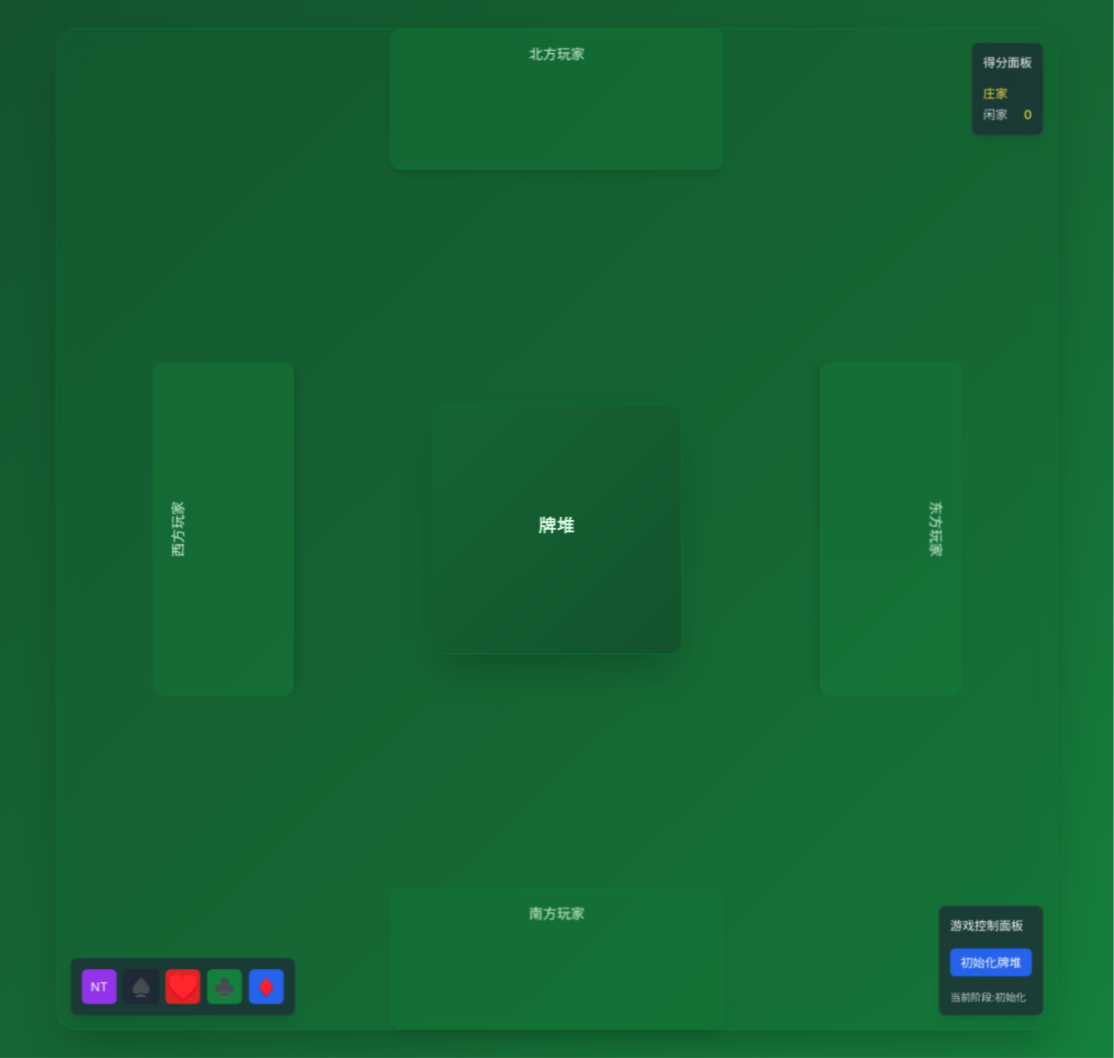
Repository: laofansay/Tractor80
Page: /
These files come from the project's save history. The page is drawn as it stood at one moment and after the next save; the edit follows.
The browser window is 1280 px wide. The pictures show the whole page, at 87% of full size.
The project was rebuilt for these pictures with package versions that can differ from the ones it lists, and the page was loaded fresh each time. The framework's server and built-in components were replaced by stand-ins that run in the browser. Also part of the build but not shown: next.config.js, app/components/Card.tsx.

Above is the page before, as saved 2025-03-09 00:17:38.

### app/layout.tsx
import type { Metadata } from 'next'
import { Inter } from 'next/font/google'
import './globals.css'

const inter = Inter({ subsets: ['latin'] })

export const metadata: Metadata = {
  title: 'Card Game',
  description: 'A Next.js Card Game Application',
}

export default function RootLayout({
  children,
}: {
  children: React.ReactNode
}) {
  return (
    <html lang="en">
      <body className={inter.className}>{children}</body>
    </html>
  )
}

### app/globals.css
@tailwind base;
@tailwind components;
@tailwind utilities;

:root {
  --foreground-rgb: 0, 0, 0;
  --background-start-rgb: 214, 219, 220;
  --background-end-rgb: 255, 255, 255;
}

@media (prefers-color-scheme: dark) {
  :root {
    --foreground-rgb: 255, 255, 255;
    --background-start-rgb: 0, 0, 0;
    --background-end-rgb: 0, 0, 0;
  }
}

body {
  color: rgb(var(--foreground-rgb));
  background: linear-gradient(
    to bottom,
    transparent,
    rgb(var(--background-end-rgb))
  )
  rgb(var(--background-start-rgb));
}

### app/components/AdminPanel.tsx
'use client';

import { useState } from 'react';
import { Card } from './Card';

type GamePhase = 'initial' | 'dealing' | 'trumpSelection' | 'pickBottomCards' | 'bottomCards' | 'playing';
type Position = 'north' | 'east' | 'south' | 'west';

type AdminPanelProps = {
    onInitialize: () => void;
    onDeal: () => void;
    onPickBottomCards: () => void;
    onBottomCards: () => void;
    onStartPlaying: () => void;
    gamePhase: GamePhase;
    deckLength: number;
    bottomCardsLength: number;
    lastRound?: Record<Position, string[]>;
    roundCount?: number;
};

export function AdminPanel({
    onInitialize,
    onDeal,
    onPickBottomCards,
    onBottomCards,
    onStartPlaying,
    gamePhase,
    deckLength,
    bottomCardsLength,
    lastRound = { north: [], east: [], south: [], west: [] },
    roundCount = 0
}: AdminPanelProps) {

    return (
        <div className="absolute bottom-4 right-4 p-3 bg-gray-800/70 rounded-lg backdrop-blur-md border border-gray-700/50 shadow-lg">
            <div className="flex flex-col gap-2">
                <div className="text-white text-sm mb-2 font-medium">游戏控制面板</div>

                {(gamePhase === 'initial' || gamePhase === 'playing') && (
                    <button
                        onClick={onInitialize}
                        className="px-3 py-1.5 bg-blue-600 hover:bg-blue-500 text-white rounded-md transition-colors text-sm"
                    >
                        {gamePhase === 'playing' ? '重新开始' : '初始化牌堆'}
                    </button>
                )}

                {gamePhase === 'initial' && deckLength > 0 && (
                    <button
                        onClick={onDeal}
                        className="px-3 py-1.5 bg-green-600 hover:bg-green-500 text-white rounded-md transition-colors text-sm"
                    >
                        开始发牌
                    </button>
                )}

                {gamePhase === 'pickBottomCards' && (
                    <button
                        onClick={onPickBottomCards}
                        className="px-3 py-1.5 bg-yellow-600 hover:bg-yellow-500 text-white rounded-md transition-colors text-sm"
                    >
                        庄家拾底
                    </button>
                )}

                {gamePhase === 'bottomCards' && (
                    <button
                        onClick={onBottomCards}
                        className="px-3 py-1.5 bg-yellow-600 hover:bg-yellow-500 text-white rounded-md transition-colors text-sm"
                    >
                        庄家扣底
                    </button>
                )}

                {gamePhase === 'bottomCards' && (
                    <button
                        onClick={onStartPlaying}
                        className="px-3 py-1.5 bg-red-600 hover:bg-red-500 text-white rounded-md transition-colors text-sm"
                    >
                        开始出牌
                    </button>
                )}

                <div className="text-gray-300 text-xs mt-2">
                    当前阶段:
                    {gamePhase === 'initial' && '初始化'}
                    {gamePhase === 'dealing' && '发牌中'}
                    {gamePhase === 'trumpSelection' && '亮主阶段'}
                    {gamePhase === 'pickBottomCards' && '庄家拾底'}
                    {gamePhase === 'bottomCards' && '庄家扣底'}
                    {gamePhase === 'playing' && '出牌阶段'}
                </div>
            </div>
        </div>
    );
}

### app/components/SoundEffect.tsx
'use client';

import { audioManager } from './AudioManager';

export class SoundEffect {
    static #instance;

    constructor() {
        // 私有构造函数，确保单例模式
    }

    public static getInstance(): SoundEffect {
        if (!SoundEffect.#instance) {
            SoundEffect.#instance = new SoundEffect();
        }
        return SoundEffect.#instance;
    }

    /**
     * 预加载音效
     * @param soundId 音效ID
     * @param soundPath 音效文件路径
     * @param fallbackSoundPath 备用音效路径（可选）
     */
    public preloadSound(soundId: string, soundPath: string, fallbackSoundPath?: string): void {
        if (typeof window === 'undefined') return; // 服务器端不执行

        // 使用AudioManager来处理音频加载
        audioManager.preloadSound(soundId, soundPath, fallbackSoundPath);
    }

    /**
     * 播放音效
     * @param soundId 音效ID
     * @returns 是否成功播放
     */
    public playSound(soundId: string): boolean {
        if (typeof window === 'undefined') return false; // 服务器端不执行

        // 使用AudioManager来处理音频播放
        return audioManager.playSound(soundId);
    }

    /**
     * 停止播放音效
     * @param soundId 音效ID
     */
    public stopSound(soundId: string): void {
        if (typeof window === 'undefined') return; // 服务器端不执行

        // 使用AudioManager来处理音频停止
        audioManager.stopSound(soundId);
    }

    /**
     * 检查音效是否已加载并可以播放
     * @param soundId 音效ID
     * @returns 是否可以播放
     */
    public canPlaySound(soundId: string): boolean {
        if (typeof window === 'undefined') return false; // 服务器端不执行

        // 使用AudioManager来检查音频是否可以播放
        return audioManager.canPlaySound(soundId);
    }

    /**
     * 启用或禁用所有音效
     * @param enabled 是否启用音效
     */
    public setAudioEnabled(enabled: boolean): void {
        audioManager.setAudioEnabled(enabled);
    }

    /**
     * 获取音效是否启用
     * @returns 音效是否启用
     */
    public isAudioEnabled(): boolean {
        return audioManager.isAudioEnabled();
    }
}

// 导出单例实例
export const soundEffect = SoundEffect.getInstance();

### app/components/ScorePanel.tsx
import React from 'react';

interface ScorePanelProps {
  scores: {
    north: number;
    east: number;
    south: number;
    west: number;
  };
  dealerPosition: Position;
}

type Position = 'north' | 'east' | 'south' | 'west';

export function ScorePanel({ scores, dealerPosition }: ScorePanelProps) {
  // 计算庄家和闲家的总分
  const dealerScore = scores[dealerPosition];
  const nonDealerScore = Object.entries(scores)
    .filter(([position]) => position !== dealerPosition)
    .reduce((total, [_, score]) => total + score, 0);

  return (
    <div className="absolute top-4 right-4 p-3 bg-gray-800/70 rounded-lg backdrop-blur-md border border-gray-700/50 shadow-lg">
      <div className="flex flex-col gap-2">
        <div className="text-white text-sm mb-2 font-medium">得分面板</div>
        <div className="space-y-1">
          <div className="flex justify-between text-sm">
            <span className="text-yellow-300">庄家</span>
            <span className="text-yellow-300 font-medium ml-4">{dealerScore}</span>
          </div>
          <div className="flex justify-between text-sm">
            <span className="text-gray-300">闲家</span>
            <span className="text-yellow-300 font-medium ml-4">{nonDealerScore}</span>
          </div>
        </div>
      </div>
    </div>
  );
}

### app/components/TrumpSelectionPanel.tsx
'use client';

import React from 'react';

type TrumpSelectionPanelProps = {
  onSelectTrump: (trumpSuit: string | null) => void;
  gamePhase: string;
};

export function TrumpSelectionPanel({ onSelectTrump, gamePhase }: TrumpSelectionPanelProps) {
  // 只在亮主阶段显示
  if (gamePhase !== 'trumpSelection') {
    //return null;
  }

  return (
    <div className="absolute bottom-4 left-4 p-3 bg-gray-800/70 rounded-lg backdrop-blur-md border border-gray-700/50 shadow-lg">
      <div className="flex flex-row gap-2">
        <button
          onClick={() => onSelectTrump(null)}
          className="w-10 h-10 bg-purple-600 hover:bg-purple-500 text-white rounded-md transition-colors text-sm flex items-center justify-center"
          title="无主"
        >
          NT
        </button>
        <button
          onClick={() => onSelectTrump('S')}
          className="w-10 h-10 bg-gray-800 hover:bg-gray-700 text-white rounded-md transition-colors text-xl flex items-center justify-center"
          title="黑桃"
        >
          ♠️
        </button>
        <button
          onClick={() => onSelectTrump('H')}
          className="w-10 h-10 bg-red-600 hover:bg-red-500 text-white rounded-md transition-colors text-3xl flex items-center justify-center"
          title="红桃"
        >
          ♥️
        </button>
        <button
          onClick={() => onSelectTrump('C')}
          className="w-10 h-10 bg-green-700 hover:bg-green-600 text-white rounded-md transition-colors text-xl flex items-center justify-center"
          title="梅花"
        >
          ♣️
        </button>
        <button
          onClick={() => onSelectTrump('D')}
          className="w-10 h-10 bg-blue-600 hover:bg-blue-500 text-white rounded-md transition-colors text-xl flex items-center justify-center"
          title="方块"
        >
          ♦️
        </button>
      </div>
    </div>
  );
}

### app/components/AudioManager.tsx
'use client';

/**
 * 音频管理器类
 * 提供音效加载、播放和错误处理功能
 */
export class AudioManager {
  private static instance: AudioManager;
  private audioElements: Map<string, HTMLAudioElement> = new Map();
  private fallbackMode: boolean = false;
  private audioEnabled: boolean = true;

  private constructor() {
    // 私有构造函数，确保单例模式
    this.checkAudioSupport();
  }

  public static getInstance(): AudioManager {
    if (!AudioManager.instance) {
      AudioManager.instance = new AudioManager();
    }
    return AudioManager.instance;
  }

  /**
   * 检查浏览器是否支持音频
   */
  private checkAudioSupport(): void {
    if (typeof window === 'undefined') return;

    try {
      const audio = new Audio();
      this.audioEnabled = !!audio && typeof audio.play === 'function';
      if (!this.audioEnabled) {
        console.warn('当前环境不支持音频播放');
      }
    } catch (error) {
      console.error('检查音频支持时出错:', error);
      this.audioEnabled = false;
    }
  }

  /**
   * 预加载音效
   * @param soundId 音效ID
   * @param soundPath 音效文件路径
   * @param fallbackSoundPath 备用音效路径（可选）
   */
  public preloadSound(soundId: string, soundPath: string, fallbackSoundPath?: string): void {
    if (typeof window === 'undefined' || !this.audioEnabled) return;

    if (!this.audioElements.has(soundId)) {
      try {
        // 确保路径正确，添加基础URL前缀
        const fullPath = soundPath.startsWith('/') ? soundPath : `/${soundPath}`;
        const baseUrl = window.location.origin;
        const absolutePath = new URL(fullPath, baseUrl).toString();

        const audio = new Audio();
        audio.preload = 'auto';

        // 添加加载错误处理
        audio.addEventListener('error', (e) => {
          const errorDetails = {
            code: audio.error?.code,
            message: audio.error?.message,
            path: absolutePath
          };
          console.error(`音效 ${soundId} 加载失败:`, errorDetails);

          // 尝试加载备用音效
          if (fallbackSoundPath && !this.fallbackMode) {
            console.log(`尝试加载备用音效: ${fallbackSoundPath}`);
            this.fallbackMode = true;
            this.preloadSound(soundId, fallbackSoundPath);
          }
        });

        // 添加加载成功处理
        audio.addEventListener('canplaythrough', () => {
          console.log(`音效 ${soundId} 加载成功，可以播放`);
        });

        // 设置音频源
        audio.src = absolutePath;

        this.audioElements.set(soundId, audio);
      } catch (error) {
        console.error(`音效 ${soundId} 初始化失败:`, error);
      }
    }
  }

  /**
   * 播放音效
   * @param soundId 音效ID
   * @returns 是否成功播放
   */
  public playSound(soundId: string): boolean {
    if (typeof window === 'undefined' || !this.audioEnabled) return false;

    const audio = this.audioElements.get(soundId);
    if (audio) {
      // 检查音频是否已加载并可以播放
      if (audio.error) {
        console.error(`音效 ${soundId} 无法播放，加载失败:`, audio.error);
        return false;
      }

      // 检查音频是否已经加载足够的数据可以播放
      if (audio.readyState < 2) { // HAVE_CURRENT_DATA or higher
        console.warn(`音效 ${soundId} 尚未加载完成，无法播放`);
        return false;
      }

      try {
        // 重置音频以便重复播放
        audio.currentTime = 0;
        const playPromise = audio.play();

        if (playPromise !== undefined) {
          playPromise.catch(error => {
            console.error(`播放音效 ${soundId} 失败:`, error);
          });
        }
        return true;
      } catch (error) {
        console.error(`播放音效 ${soundId} 时出错:`, error);
        return false;
      }
    } else {
      console.warn(`音效 ${soundId} 未预加载`);
      return false;
    }
  }

  /**
   * 停止播放音效
   * @param soundId 音效ID
   */
  public stopSound(soundId: string): void {
    if (typeof window === 'undefined' || !this.audioEnabled) return;

    const audio = this.audioElements.get(soundId);
    if (audio) {
      try {
        audio.pause();
        audio.currentTime = 0;
      } catch (error) {
        console.error(`停止音效 ${soundId} 时出错:`, error);
      }
    }
  }

  /**
   * 检查音效是否已加载并可以播放
   * @param soundId 音效ID
   * @returns 是否可以播放
   */
  public canPlaySound(soundId: string): boolean {
    if (typeof window === 'undefined' || !this.audioEnabled) return false;

    const audio = this.audioElements.get(soundId);
    if (!audio) return false;

    // 检查音频元素是否有错误
    if (audio.error) return false;

    // 检查音频是否已经加载足够的数据可以播放
    return audio.readyState >= 2; // HAVE_CURRENT_DATA or higher
  }

  /**
   * 启用或禁用所有音效
   * @param enabled 是否启用音效
   */
  public setAudioEnabled(enabled: boolean): void {
    this.audioEnabled = enabled;
  }

  /**
   * 获取音效是否启用
   * @returns 音效是否启用
   */
  public isAudioEnabled(): boolean {
    return this.audioEnabled;
  }

  /**
   * 创建一个简单的音效（用于在无法加载外部音效时使用）
   * @param frequency 频率（赫兹）
   * @param duration 持续时间（毫秒）
   * @param volume 音量（0-1）
   * @returns 音频元素
   */
  public createToneSound(frequency: number = 440, duration: number = 200, volume: number = 0.5): HTMLAudioElement | null {
    if (typeof window === 'undefined' || !this.audioEnabled) return null;

    try {
      // 检查是否支持Web Audio API
      if (!window.AudioContext && !(window as any).webkitAudioContext) {
        console.warn('当前浏览器不支持Web Audio API');
        return null;
      }

      const AudioContext = window.AudioContext || (window as any).webkitAudioContext;
      const audioCtx = new AudioContext();

      // 创建振荡器
      const oscillator = audioCtx.createOscillator();
      oscillator.type = 'sine';
      oscillator.frequency.setValueAtTime(frequency, audioCtx.currentTime);

      // 创建音量控制
      const gainNode = audioCtx.createGain();
      gainNode.gain.setValueAtTime(volume, audioCtx.currentTime);

      // 连接节点
      oscillator.connect(gainNode);
      gainNode.connect(audioCtx.destination);

      // 创建音频元素
      const audio = new Audio();

      // 开始振荡
      oscillator.start();

      // 设置定时器停止振荡
      setTimeout(() => {
        oscillator.stop();
        audioCtx.close();
      }, duration);

      return audio;
    } catch (error) {
      console.error('创建音效失败:', error);
      return null;
    }
  }
}

// 导出单例实例
export const audioManager = AudioManager.getInstance();

Loaded but not shown: tailwind.config.js (19 lines, source omitted); app/page.tsx (581 lines, source omitted); app/components/CardArea.tsx (205 lines, source omitted)

After the next save:
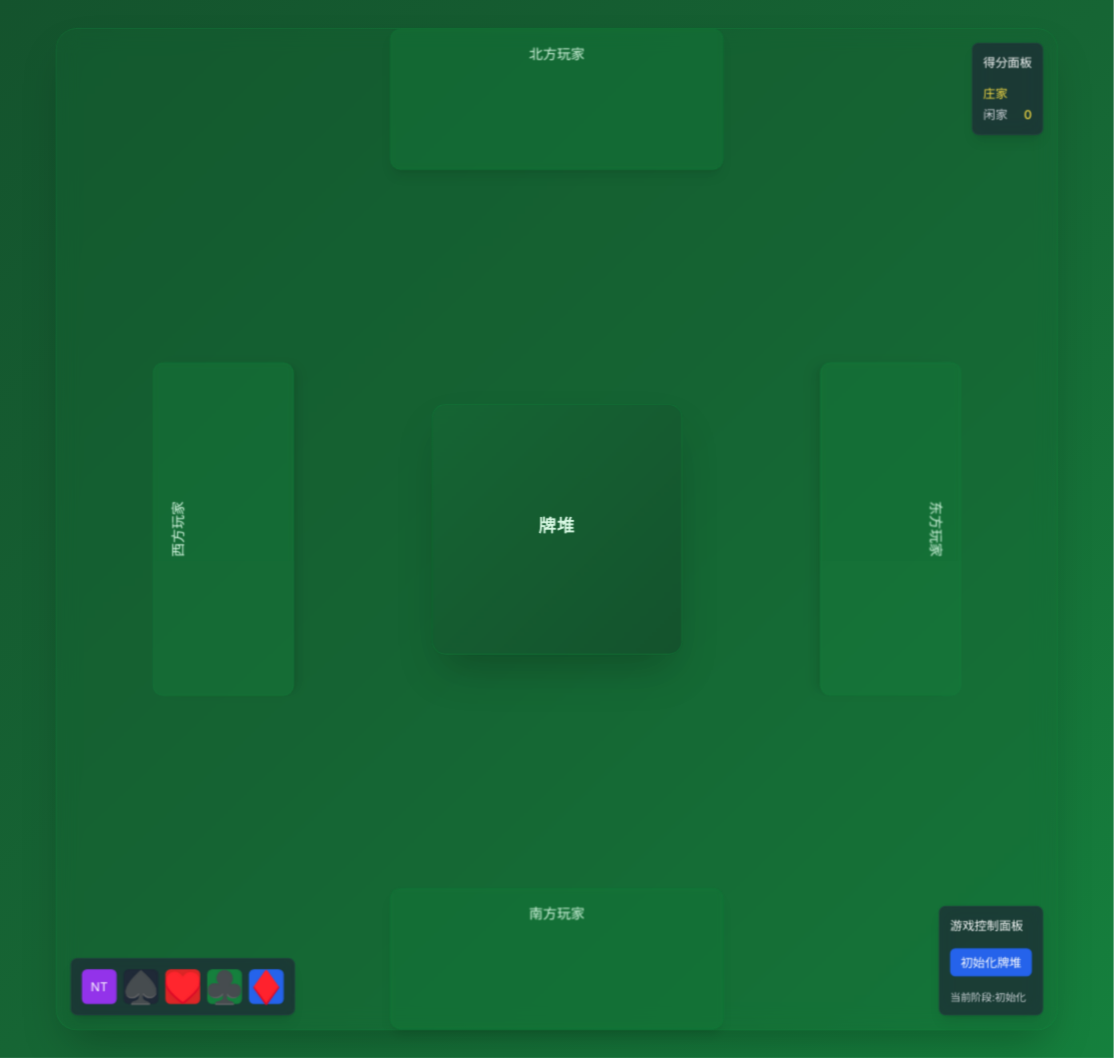
Saved 12 s later.
--- a/app/components/TrumpSelectionPanel.tsx
+++ b/app/components/TrumpSelectionPanel.tsx
@@ -25,28 +25,28 @@ export function TrumpSelectionPanel({ onSelectTrump, gamePhase }: TrumpSelection
         </button>
         <button
           onClick={() => onSelectTrump('S')}
-          className="w-10 h-10 bg-gray-800 hover:bg-gray-700 text-white rounded-md transition-colors text-xl flex items-center justify-center"
+          className="w-10 h-10 bg-gray-800 hover:bg-gray-700 text-white rounded-md transition-colors text-4xl flex items-center justify-center"
           title="黑桃"
         >
           ♠️
         </button>
         <button
           onClick={() => onSelectTrump('H')}
-          className="w-10 h-10 bg-red-600 hover:bg-red-500 text-white rounded-md transition-colors text-3xl flex items-center justify-center"
+          className="w-10 h-10 bg-red-600 hover:bg-red-500 text-white rounded-md transition-colors text-4xl flex items-center justify-center"
           title="红桃"
         >
           ♥️
         </button>
         <button
           onClick={() => onSelectTrump('C')}
-          className="w-10 h-10 bg-green-700 hover:bg-green-600 text-white rounded-md transition-colors text-xl flex items-center justify-center"
+          className="w-10 h-10 bg-green-700 hover:bg-green-600 text-white rounded-md transition-colors text-4xl flex items-center justify-center"
           title="梅花"
         >
           ♣️
         </button>
         <button
           onClick={() => onSelectTrump('D')}
-          className="w-10 h-10 bg-blue-600 hover:bg-blue-500 text-white rounded-md transition-colors text-xl flex items-center justify-center"
+          className="w-10 h-10 bg-blue-600 hover:bg-blue-500 text-white rounded-md transition-colors text-4xl flex items-center justify-center"
           title="方块"
         >
           ♦️
